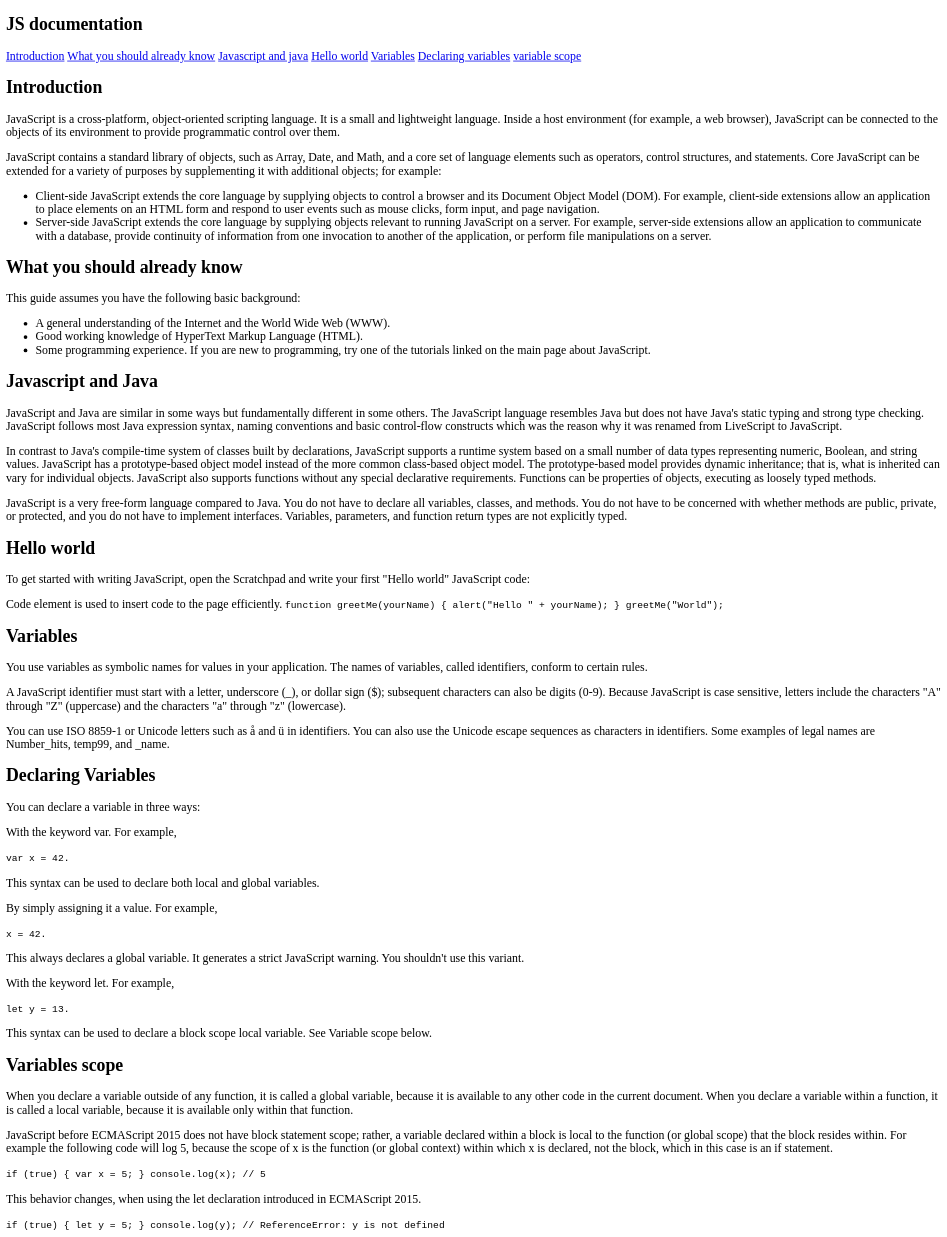
Repository: Pafestivo/Technical-documentation
Page: index.html
The author's editor kept a copy of each file at every save. The page is drawn from the files as they stood at one save, then again after the next save.
The browser window is 1280 px wide. The pictures show the whole page, at 74% of full size.

Above is the page before, as saved 2022-09-07 12:54:31.

After the next save:
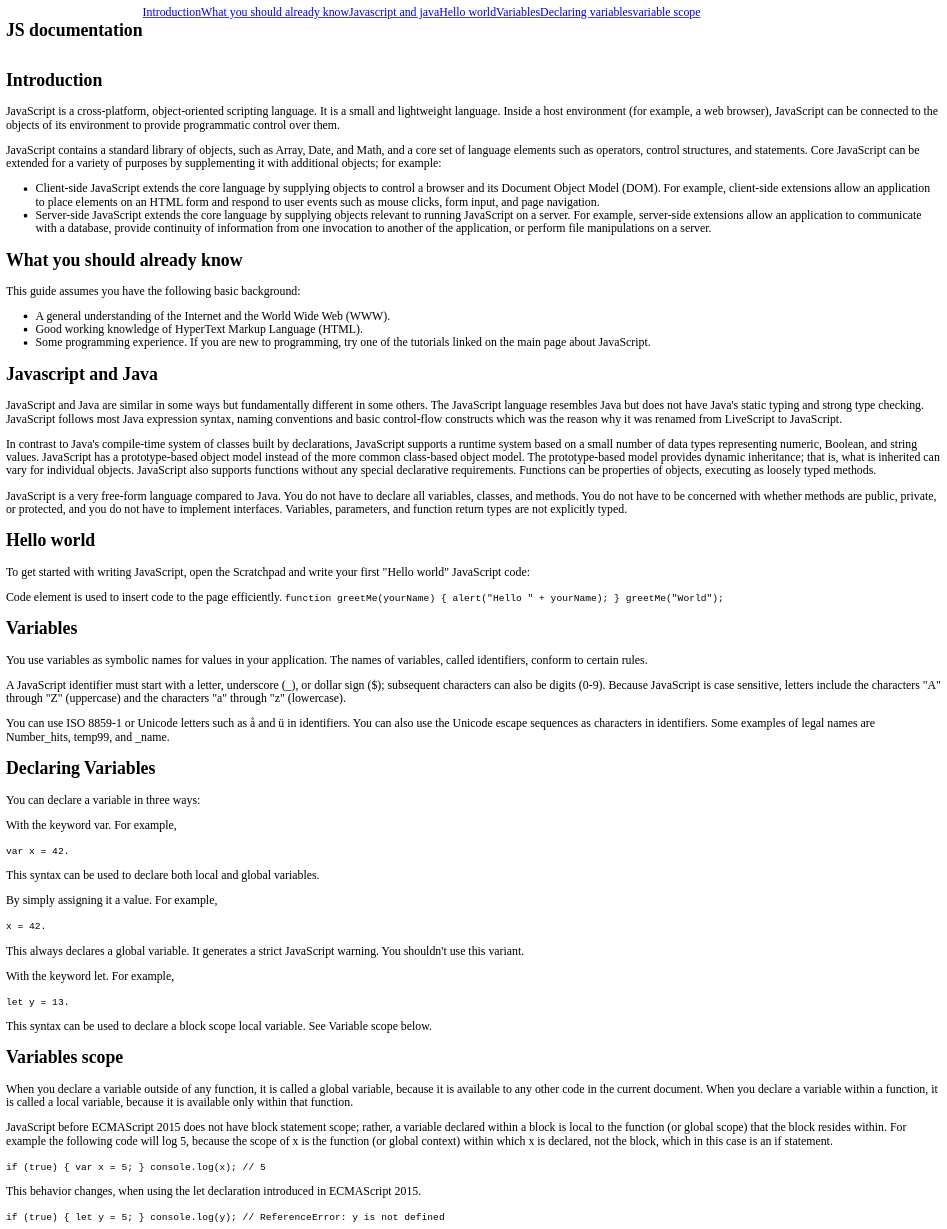
Saved 19 s later.
--- a/index.html
+++ b/index.html
@@ -7,7 +7,7 @@
     <title>Technical Documentation Page</title>
 </head>
 <body>
-  <nav>
+  <nav id="navbar">
     <header>
       <h1>JS documentation</h1>
     </header>
